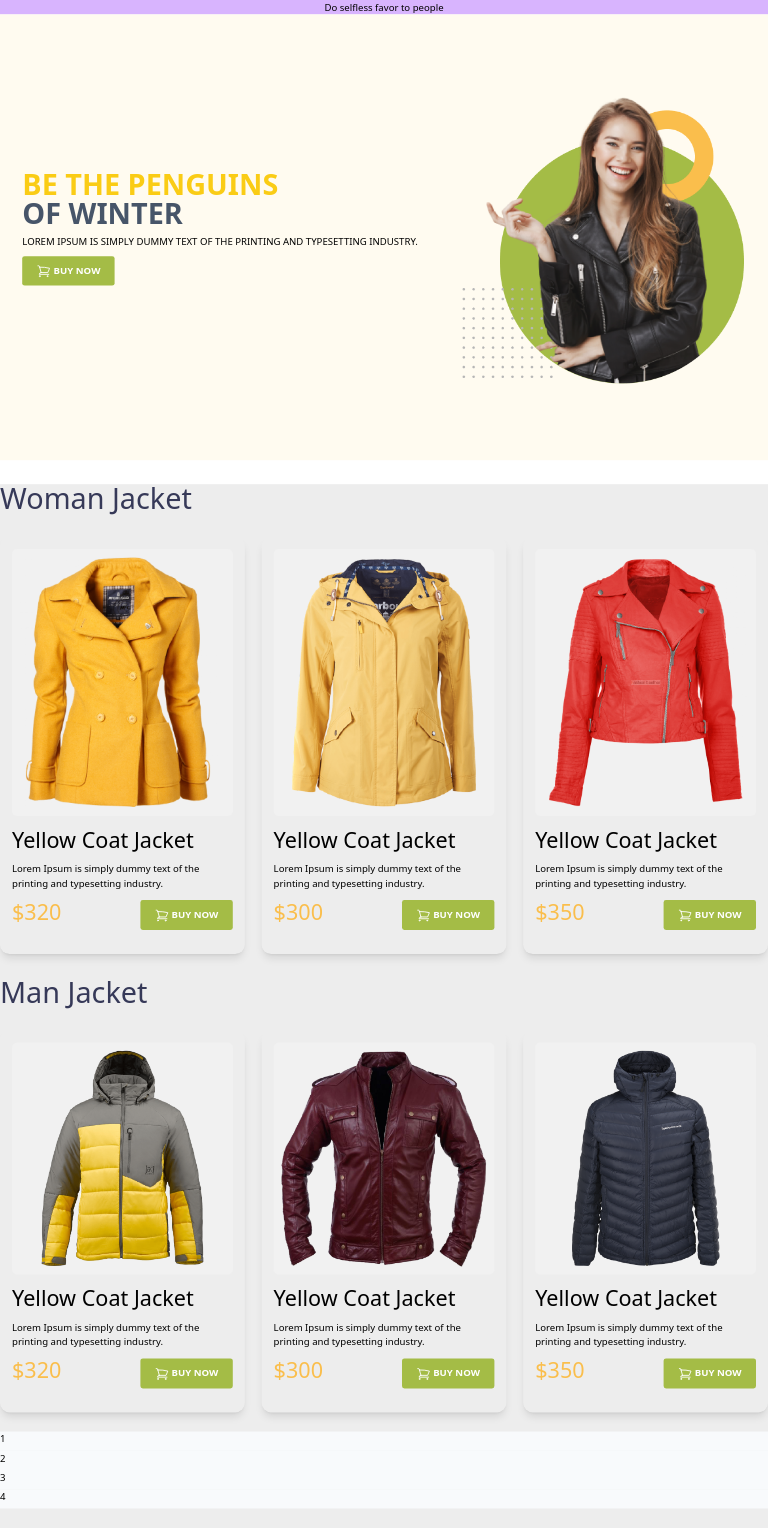
Repository: zjria/penguin-e-commerce-fashion
Page: index.html
These files come from the project's save history. The page is drawn as it stood at one moment and after the next save; the edit follows.
The browser window is 1280 px wide. The pictures show the whole page, at 60% of full size.
Some web libraries are served in a nearby version.

Above is the page before, as saved 2022-10-07 09:32:20.

### index.html
<!DOCTYPE html>
<html lang="en">

<head>
    <meta charset="UTF-8">
    <meta http-equiv="X-UA-Compatible" content="IE=edge">
    <meta name="viewport" content="width=device-width, initial-scale=1.0">
    <title>Penguin E-commerce</title>
    <!-- Google Fonts Link -->
    <link rel="preconnect" href="https://fonts.googleapis.com">
    <link rel="preconnect" href="https://fonts.gstatic.com" crossorigin>
    <link href="https://fonts.googleapis.com/css2?family=Bebas+Neue&family=Roboto:wght@100;300;400;500&display=swap"
        rel="stylesheet">

    <!-- Tailwind CSS CDN link -->
    <script src="https://cdn.tailwindcss.com"></script>
    <script>
        tailwind.config = {
            theme: {
                extend: {
                    colors: {
                        clifford: '#da373d',
                        header_bg: '#FFFBF0',
                        main_text_color: '#363958',
                        price_color: '#FABE4C',
                        card_bg: '#F1F1F1',
                        full_card_bg: '#FFFFFF',
                        main_color: '#EDEDED'
                    }
                }
            }
        }
    </script>
</head>

<body>
    <h2 class="bg-purple-300 text-center font-header_text">Do selfless favor to people</h2>


    <!-- Header Section -->
    <header class="bg-header_bg pb-32 pt-24">
        <section class="container mx-auto uppercase sm:flex items-center justify-around">
            <div class="space-y-3">
                <h1 class="text-2xl sm:text-5xl font-bold font-header_text">
                    <span class="text-yellow-400">Be the Penguins</span> <br>
                    <span class="text-slate-600">of Winter</span>
                </h1>
                <p class="font-anther_text">Lorem Ipsum is simply dummy text of the printing
                    and typesetting industry.</p>
                <button class="uppercase bg-[#A4BC46] py-3 px-6 text-white font-semibold rounded font-anther_text"> <svg
                        xmlns="http://www.w3.org/2000/svg" fill="none" viewBox="0 0 24 24" stroke-width="1.5"
                        stroke="currentColor" class="w-6 h-6 inline text-white">
                        <path stroke-linecap="round" stroke-linejoin="round"
                            d="M2.25 3h1.386c.51 0 .955.343 1.087.835l.383 1.437M7.5 14.25a3 3 0 00-3 3h15.75m-12.75-3h11.218c1.121-2.3 2.1-4.684 2.924-7.138a60.114 60.114 0 00-16.536-1.84M7.5 14.25L5.106 5.272M6 20.25a.75.75 0 11-1.5 0 .75.75 0 011.5 0zm12.75 0a.75.75 0 11-1.5 0 .75.75 0 011.5 0z" />
                    </svg>
                    Buy Now</button>
            </div>
            <div class="pt-8 sm:pt-8">
                <img class=" w-1/2 sm:w-full" src="images/model.png" alt="">
            </div>
        </section>
    </header>

    <!-- Main Section Start -->
    <main class="bg-main_color">
        <!-- Woman Jacket -->
        <section class="container mx-auto">
            <h2 class="text-5xl my-10 text-main_text_color font-header_text">Woman Jacket</h2>
            <div class="grid md:grid-cols-2 lg:grid-cols-3 gap-7">
                <div class="full_card_bg ">
                    <div class="rounded-2xl shadow-lg p-5">
                        <div class="p-3 bg-card_bg rounded-lg">
                            <img src="images/jacket-1.png" alt="">
                        </div>
                        <div class="py-3">
                            <h3 class="text-4xl py-2">Yellow Coat Jacket</h3>
                            <p class="py-2">Lorem Ipsum is simply dummy text of the
                                printing and typesetting industry.</p>
                            <div class="flex justify-between py-2">
                                <h3 class="text-4xl text-price_color">$320</h3>
                                <button
                                    class="uppercase bg-[#A4BC46] py-3 px-6 text-white font-semibold rounded font-anther_text">
                                    <svg xmlns="http://www.w3.org/2000/svg" fill="none" viewBox="0 0 24 24"
                                        stroke-width="1.5" stroke="currentColor" class="w-6 h-6 inline text-white">
                                        <path stroke-linecap="round" stroke-linejoin="round"
                                            d="M2.25 3h1.386c.51 0 .955.343 1.087.835l.383 1.437M7.5 14.25a3 3 0 00-3 3h15.75m-12.75-3h11.218c1.121-2.3 2.1-4.684 2.924-7.138a60.114 60.114 0 00-16.536-1.84M7.5 14.25L5.106 5.272M6 20.25a.75.75 0 11-1.5 0 .75.75 0 011.5 0zm12.75 0a.75.75 0 11-1.5 0 .75.75 0 011.5 0z" />
                                    </svg>
                                    Buy Now</button>
                            </div>
                        </div>
                    </div>
                </div>
                <div class="full_card_bg ">
                    <div class="rounded-2xl shadow-lg p-5">
                        <div class="p-3 bg-card_bg rounded-lg">
                            <img src="images/jacket-2.png" alt="">
                        </div>
                        <div class="py-3">
                            <h3 class="text-4xl py-2">Yellow Coat Jacket</h3>
                            <p class="py-2">Lorem Ipsum is simply dummy text of the
                                printing and typesetting industry.</p>
                            <div class="flex justify-between py-2">
                                <h3 class="text-4xl text-price_color">$300</h3>
                                <button
                                    class="uppercase bg-[#A4BC46] py-3 px-6 text-white font-semibold rounded font-anther_text">
                                    <svg xmlns="http://www.w3.org/2000/svg" fill="none" viewBox="0 0 24 24"
                                        stroke-width="1.5" stroke="currentColor" class="w-6 h-6 inline text-white">
                                        <path stroke-linecap="round" stroke-linejoin="round"
                                            d="M2.25 3h1.386c.51 0 .955.343 1.087.835l.383 1.437M7.5 14.25a3 3 0 00-3 3h15.75m-12.75-3h11.218c1.121-2.3 2.1-4.684 2.924-7.138a60.114 60.114 0 00-16.536-1.84M7.5 14.25L5.106 5.272M6 20.25a.75.75 0 11-1.5 0 .75.75 0 011.5 0zm12.75 0a.75.75 0 11-1.5 0 .75.75 0 011.5 0z" />
                                    </svg>
                                    Buy Now</button>
                            </div>
                        </div>
                    </div>
                </div>
                <div class="full_card_bg ">
                    <div class="rounded-2xl shadow-lg p-5">
                        <div class="p-3 bg-card_bg rounded-lg">
                            <img src="images/jacket-3.png" alt="">
                        </div>
                        <div class="py-3">
                            <h3 class="text-4xl py-2">Yellow Coat Jacket</h3>
                            <p class="py-2">Lorem Ipsum is simply dummy text of the
                                printing and typesetting industry.</p>
                            <div class="flex justify-between py-2">
                                <h3 class="text-4xl text-price_color">$350</h3>
                                <button
                                    class="uppercase bg-[#A4BC46] py-3 px-6 text-white font-semibold rounded font-anther_text">
                                    <svg xmlns="http://www.w3.org/2000/svg" fill="none" viewBox="0 0 24 24"
                                        stroke-width="1.5" stroke="currentColor" class="w-6 h-6 inline text-white">
                                        <path stroke-linecap="round" stroke-linejoin="round"
                                            d="M2.25 3h1.386c.51 0 .955.343 1.087.835l.383 1.437M7.5 14.25a3 3 0 00-3 3h15.75m-12.75-3h11.218c1.121-2.3 2.1-4.684 2.924-7.138a60.114 60.114 0 00-16.536-1.84M7.5 14.25L5.106 5.272M6 20.25a.75.75 0 11-1.5 0 .75.75 0 011.5 0zm12.75 0a.75.75 0 11-1.5 0 .75.75 0 011.5 0z" />
                                    </svg>
                                    Buy Now</button>
                            </div>
                        </div>
                    </div>
                </div>


            </div>

        </section>

        <!-- Man Jacket -->
        <section class="container mx-auto">
            <h2 class="text-5xl my-10 text-main_text_color font-header_text">Man Jacket</h2>
            <div class="grid md:grid-cols-2 lg:grid-cols-3 gap-7">
                <div class="full_card_bg ">
                    <div class="rounded-2xl shadow-lg p-5">
                        <div class="p-3 bg-card_bg rounded-lg">
                            <img src="images/jacket-4.png" alt="">
                        </div>
                        <div class="py-3">
                            <h3 class="text-4xl py-2">Yellow Coat Jacket</h3>
                            <p class="py-2">Lorem Ipsum is simply dummy text of the
                                printing and typesetting industry.</p>
                            <div class="flex justify-between py-2">
                                <h3 class="text-4xl text-price_color">$320</h3>
                                <button
                                    class="uppercase bg-[#A4BC46] py-3 px-6 text-white font-semibold rounded font-anther_text">
                                    <svg xmlns="http://www.w3.org/2000/svg" fill="none" viewBox="0 0 24 24"
                                        stroke-width="1.5" stroke="currentColor" class="w-6 h-6 inline text-white">
                                        <path stroke-linecap="round" stroke-linejoin="round"
                                            d="M2.25 3h1.386c.51 0 .955.343 1.087.835l.383 1.437M7.5 14.25a3 3 0 00-3 3h15.75m-12.75-3h11.218c1.121-2.3 2.1-4.684 2.924-7.138a60.114 60.114 0 00-16.536-1.84M7.5 14.25L5.106 5.272M6 20.25a.75.75 0 11-1.5 0 .75.75 0 011.5 0zm12.75 0a.75.75 0 11-1.5 0 .75.75 0 011.5 0z" />
                                    </svg>
                                    Buy Now</button>
                            </div>
                        </div>
                    </div>
                </div>
                <div class="full_card_bg ">
                    <div class="rounded-2xl shadow-lg p-5">
                        <div class="p-3 bg-card_bg rounded-lg">
                            <img src="images/jacket-5.png" alt="">
                        </div>
                        <div class="py-3">
                            <h3 class="text-4xl py-2">Yellow Coat Jacket</h3>
                            <p class="py-2">Lorem Ipsum is simply dummy text of the
                                printing and typesetting industry.</p>
                            <div class="flex justify-between py-2">
                                <h3 class="text-4xl text-price_color">$300</h3>
                                <button
                                    class="uppercase bg-[#A4BC46] py-3 px-6 text-white font-semibold rounded font-anther_text">
                                    <svg xmlns="http://www.w3.org/2000/svg" fill="none" viewBox="0 0 24 24"
                                        stroke-width="1.5" stroke="currentColor" class="w-6 h-6 inline text-white">
                                        <path stroke-linecap="round" stroke-linejoin="round"
                                            d="M2.25 3h1.386c.51 0 .955.343 1.087.835l.383 1.437M7.5 14.25a3 3 0 00-3 3h15.75m-12.75-3h11.218c1.121-2.3 2.1-4.684 2.924-7.138a60.114 60.114 0 00-16.536-1.84M7.5 14.25L5.106 5.272M6 20.25a.75.75 0 11-1.5 0 .75.75 0 011.5 0zm12.75 0a.75.75 0 11-1.5 0 .75.75 0 011.5 0z" />
                                    </svg>
                                    Buy Now</button>
                            </div>
                        </div>
                    </div>
                </div>
                <div class="full_card_bg ">
                    <div class="rounded-2xl shadow-lg p-5">
                        <div class="p-3 bg-card_bg rounded-lg">
                            <img src="images/jacket-6.png" alt="">
                        </div>
                        <div class="py-3">
                            <h3 class="text-4xl py-2">Yellow Coat Jacket</h3>
                            <p class="py-2">Lorem Ipsum is simply dummy text of the
                                printing and typesetting industry.</p>
                            <div class="flex justify-between py-2">
                                <h3 class="text-4xl text-price_color">$350</h3>
                                <button
                                    class="uppercase bg-[#A4BC46] py-3 px-6 text-white font-semibold rounded font-anther_text">
                                    <svg xmlns="http://www.w3.org/2000/svg" fill="none" viewBox="0 0 24 24"
                                        stroke-width="1.5" stroke="currentColor" class="w-6 h-6 inline text-white">
                                        <path stroke-linecap="round" stroke-linejoin="round"
                                            d="M2.25 3h1.386c.51 0 .955.343 1.087.835l.383 1.437M7.5 14.25a3 3 0 00-3 3h15.75m-12.75-3h11.218c1.121-2.3 2.1-4.684 2.924-7.138a60.114 60.114 0 00-16.536-1.84M7.5 14.25L5.106 5.272M6 20.25a.75.75 0 11-1.5 0 .75.75 0 011.5 0zm12.75 0a.75.75 0 11-1.5 0 .75.75 0 011.5 0z" />
                                    </svg>
                                    Buy Now</button>
                            </div>
                        </div>
                    </div>
                </div>
            </div>
            <!-- ‍Shopping Section Start -->
            <div class="py-8 grid.grid-cols-2 gap-4">
                <div class="h-8 bg-slate-50">1</div>
                <div class="h-8 bg-slate-50">2</div>
                <div class="h-8 bg-slate-50">3</div>
                <div class="h-8 bg-slate-50">4</div>
            </div>
        </section>
    </main>

</body>

</html>

After the next save:
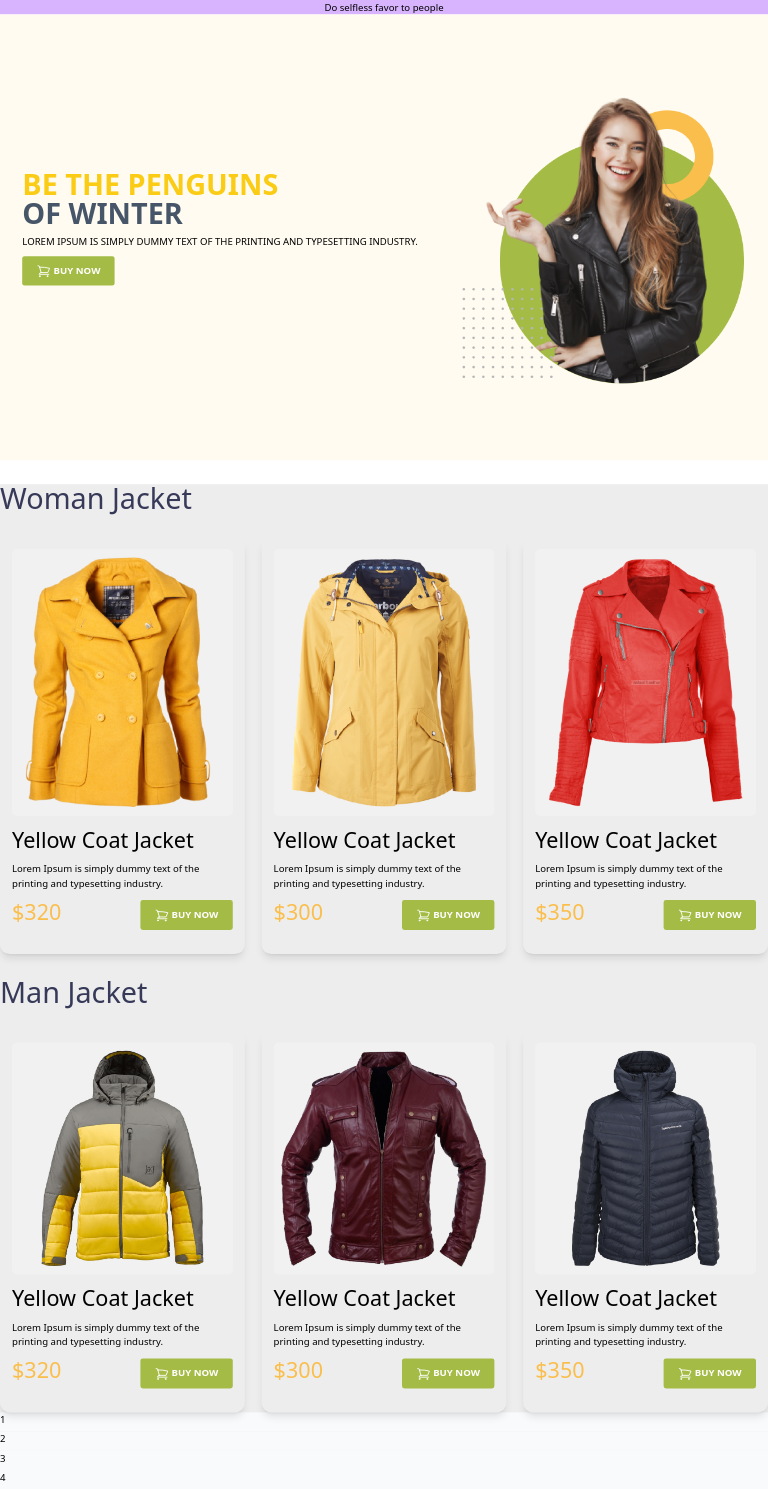
Saved 3 min 54 s later.
--- a/index.html
+++ b/index.html
@@ -217,7 +217,7 @@
                 </div>
             </div>
             <!-- ‍Shopping Section Start -->
-            <div class="py-8 grid.grid-cols-2 gap-4">
+            <div class="">
                 <div class="h-8 bg-slate-50">1</div>
                 <div class="h-8 bg-slate-50">2</div>
                 <div class="h-8 bg-slate-50">3</div>
